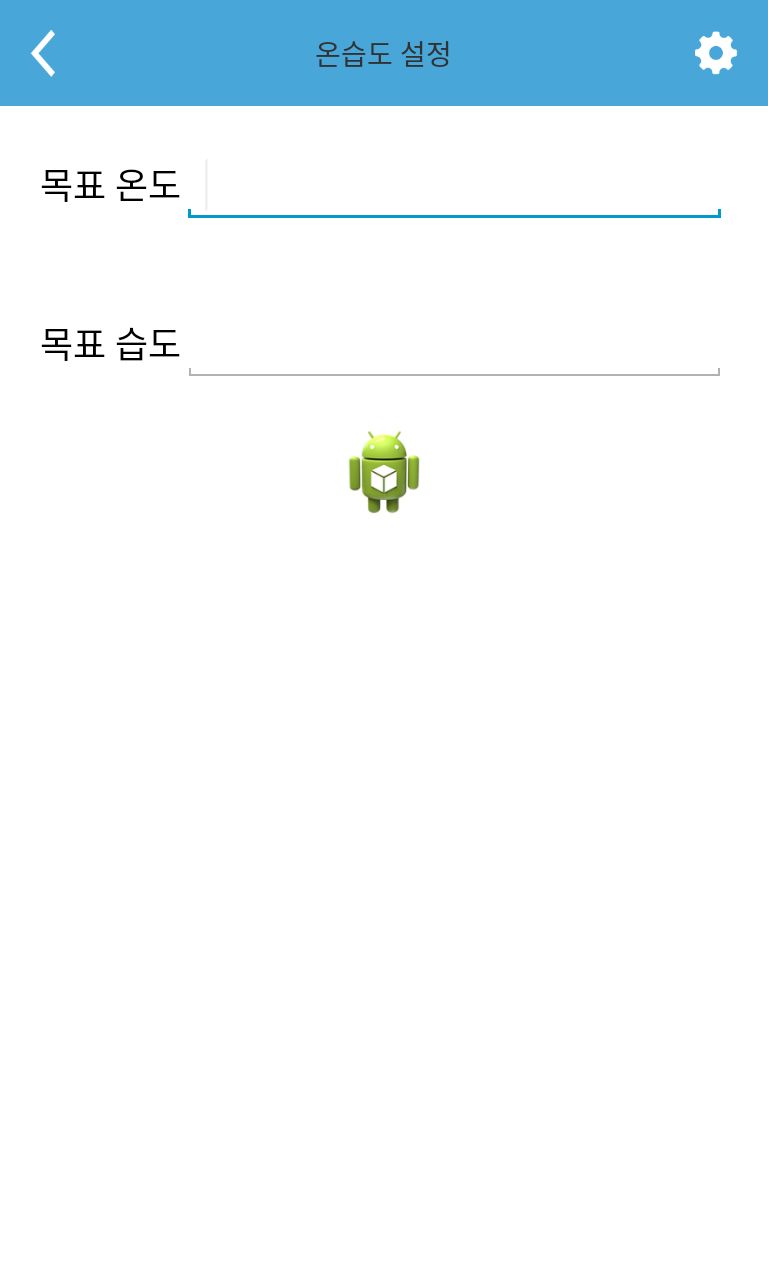
Repository: YeoeunJeong/SinNaYeo
Layout: sny_android/SinNaYeoAndroid/res/layout/activity_setting.xml
An editor plug-in stored every save of this project. The layout is shown before and after the next save, followed by the edit.
It is drawn on a 768 x 1280 px phone screen (xhdpi) without system bars, with theme android:Theme.Holo.Light.NoActionBar; the app's code is not run.

Above is the layout before, as saved 2015-09-24 20:04:39.

### sny_android/SinNaYeoAndroid/res/layout/activity_setting.xml
<LinearLayout xmlns:android="http://schemas.android.com/apk/res/android"
    android:layout_width="fill_parent"
    android:layout_height="fill_parent"
    android:orientation="vertical" >

    <RelativeLayout
        android:layout_width="match_parent"
        android:layout_height="53dp "
        android:background="#48A7d8" >

        <ImageButton
            android:id="@+id/setting_back_btn"
            android:layout_width="wrap_content"
            android:layout_height="wrap_content"
            android:layout_alignParentLeft="true"
            android:layout_gravity="center_vertical"
            android:layout_marginLeft="15dp"
            android:layout_marginTop="15dp"
            android:background="#00ff0000"
            android:onClick="mOnClick"
            android:src="@drawable/btn_setting_back" />

        <ImageButton
            android:id="@+id/main_setting_btn"
            android:layout_width="wrap_content"
            android:layout_height="wrap_content"
            android:layout_alignParentRight="true"
            android:layout_marginRight="15dp"
            android:layout_marginTop="15dp"
            android:background="#00ff0000"
            android:src="@drawable/btn_main_setting" />

        <TextView
            android:layout_width="wrap_content"
            android:layout_height="wrap_content"
            android:layout_centerHorizontal="true"
            android:layout_centerVertical="true"
            android:text="온습도 설정" />
    </RelativeLayout>

    <LinearLayout
        android:layout_width="match_parent"
        android:layout_height="wrap_content"
        android:orientation="vertical" >

        <LinearLayout
            android:layout_width="match_parent"
            android:layout_height="wrap_content"
            android:layout_margin="5dp"
            android:layout_weight="1"
            android:orientation="horizontal"
            android:padding="15dp" >

            <TextView
                android:layout_width="wrap_content"
                android:layout_height="wrap_content"
                android:text="목표 온도"
                android:textAppearance="?android:attr/textAppearanceMedium" />

            <EditText
                android:id="@+id/setting_set_temper_edit"
                android:layout_width="match_parent"
                android:layout_height="wrap_content"
                android:inputType="number" >

                <requestFocus />
            </EditText>

            <TextView
                android:layout_width="wrap_content"
                android:layout_height="wrap_content"
                android:text="℃"
                android:textAppearance="?android:attr/textAppearanceMedium" />
        </LinearLayout>

        <LinearLayout
            android:layout_width="match_parent"
            android:layout_height="wrap_content"
            android:layout_margin="5dp"
            android:layout_weight="1"
            android:orientation="horizontal"
            android:padding="15dp" >

            <TextView
                android:layout_width="wrap_content"
                android:layout_height="wrap_content"
                android:text="목표 습도"
                android:textAppearance="?android:attr/textAppearanceMedium" />

            <EditText
                android:id="@+id/setting_set_humid_edit"
                android:layout_width="match_parent"
                android:layout_height="wrap_content"
                android:inputType="number" />

            <TextView
                android:layout_width="wrap_content"
                android:layout_height="wrap_content"
                android:text="%"
                android:textAppearance="?android:attr/textAppearanceMedium" />
        </LinearLayout>
    </LinearLayout>

    <ImageButton
        android:id="@+id/setting_save_btn"
        android:layout_width="match_parent"
        android:layout_height="wrap_content"
        android:background="#00ff0000"
        android:src="@drawable/ic_launcher" />

</LinearLayout>

After the next save:
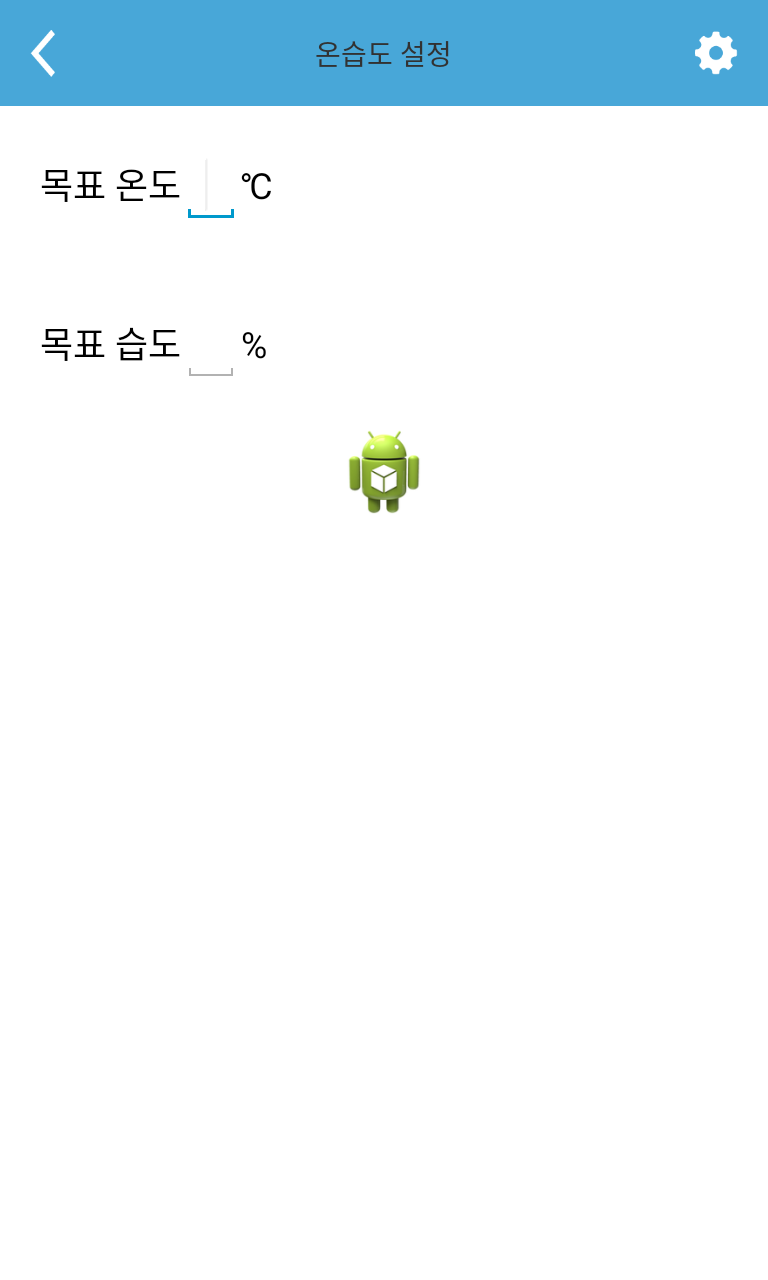
Saved 19 s later.
--- a/sny_android/SinNaYeoAndroid/res/layout/activity_setting.xml
+++ b/sny_android/SinNaYeoAndroid/res/layout/activity_setting.xml
@@ -59,7 +59,7 @@
 
             <EditText
                 android:id="@+id/setting_set_temper_edit"
-                android:layout_width="match_parent"
+                android:layout_width="30dp"
                 android:layout_height="wrap_content"
                 android:inputType="number" >
 
@@ -89,7 +89,7 @@
 
             <EditText
                 android:id="@+id/setting_set_humid_edit"
-                android:layout_width="match_parent"
+                android:layout_width="30dp"
                 android:layout_height="wrap_content"
                 android:inputType="number" />
 
